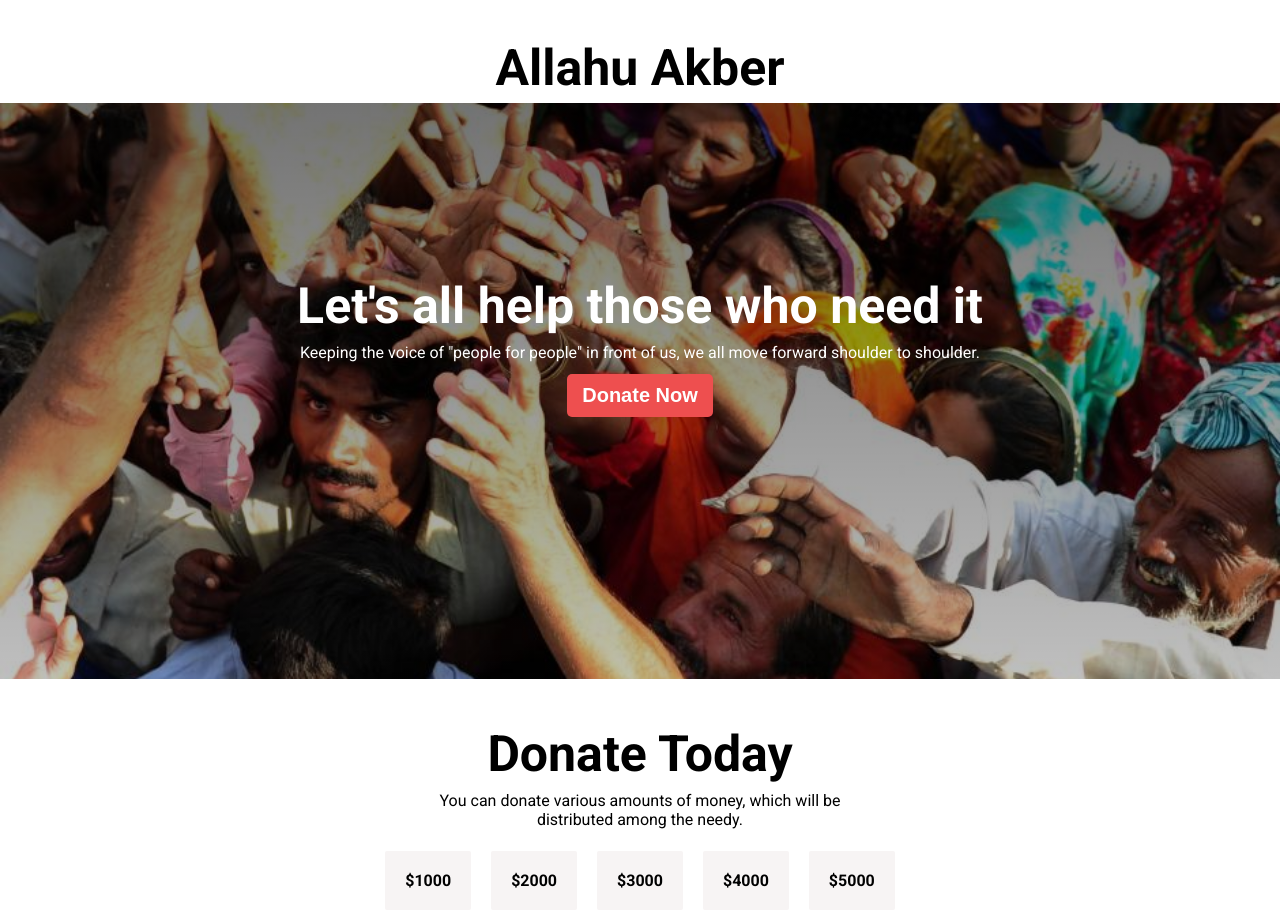
Repository: zjria/suppert-the-helpness
Page: index.html
The author's editor kept a copy of each file at every save. The page is drawn from the files as they stood at one save, then again after the next save.
The browser window is 1280 px wide. The pictures show the whole page.

Above is the page before, as saved 2022-08-26 09:01:00.

### index.html
<!DOCTYPE html>
<html lang="en">

<head>
    <meta charset="UTF-8">
    <meta http-equiv="X-UA-Compatible" content="IE=edge">
    <meta name="viewport" content="width=device-width, initial-scale=1.0">
    <title>Support the helpless</title>
    <!-- Google Fonts -->
    <link rel="preconnect" href="https://fonts.googleapis.com">
    <link rel="preconnect" href="https://fonts.gstatic.com" crossorigin>
    <link href="https://fonts.googleapis.com/css2?family=Roboto:wght@100;300;400;500;700;900&display=swap"
        rel="stylesheet">
    <!-- Custom CSS -->
    <link rel="stylesheet" href="style.css">
</head>

<body>
    <h1>Allahu Akber</h1>
    <!-- Header Section -->
    <section class="header_section">
        <div class="header-text">
            <h1>Let's all help those who need it</h1>
            <p>Keeping the voice of "people for people" in front of us, we all move forward shoulder to shoulder.</p>
            <button>Donate Now</button>
        </div>
    </section>
    <section class="donate-today">
        <h1>Donate Today</h1>
        <p>You can donate various amounts of money, which will be <br> distributed among the needy.</p>
        <div class="amounts">
            <div class="dollar">$1000</div>
            <div class="dollar">$2000</div>
            <div class="dollar">$3000</div>
            <div class="dollar">$4000</div>
            <div class="dollar">$5000</div>
        </div>
    </section>
</body>

</html>

### style.css
body {
    font-family: 'Roboto', sans-serif;
    margin: 0%;
    padding: 0%;
}

/* Header Section */
.header_section {
    background-image: linear-gradient(rgb(0, 0, 0, 0.55), rgb(0, 0, 0, 0.25)), url(images/header.jpg);
    background-position: center;
    background-size: cover;
    width: 100%;
    height: 80vh;
    color: white;
}

.header_section .header-text {
    text-align: center;
    margin: auto;
    justify-content: center;
    align-items: center;
    padding-top: 10%;
}

h1 {
    font-size: 50px;
    padding: 5px;
    margin-bottom: 1px;
    text-align: center;
}

p {
    font-size: 16px;
    padding: 2px;
    margin: 0px 0px 10px 0px;
    font: bolder;
    text-align: center;
}

.header-text button {
    font-size: 20px;
    padding: 10px 15px;
    background-color: #ee4f4f;
    color: white;
    border-radius: 5px;
    border: none;
    font-weight: 700;
}

/* donate-today */
.amounts {
    display: flex;
    margin: auto;
    align-items: center;
    text-align: center;
    justify-content: center;
}

.dollar {
    padding: 20px;
    background: rgb(247, 244, 244);
    margin: 10px;
    border-radius: 2px;
    font-weight: bold;
}

.dollar:hover {
    border: 1px solid #ff5959;
    background: #ffeeee;
    transition: none;
    transform: none;
    color: #ff5959;
    font-weight: bold;
}

After the next save:
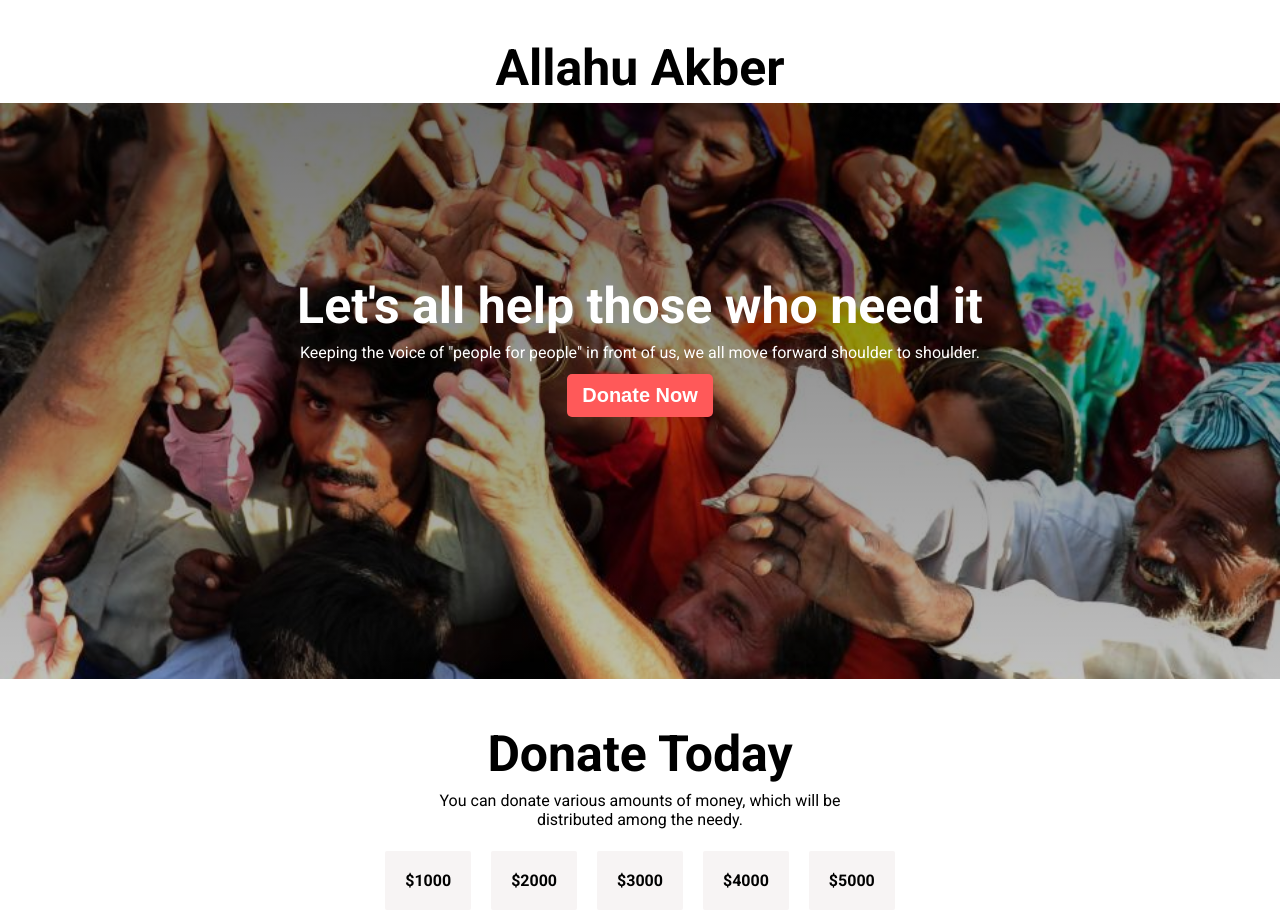
Saved 60 s later.
--- a/style.css
+++ b/style.css
@@ -40,7 +40,7 @@ p {
 .header-text button {
     font-size: 20px;
     padding: 10px 15px;
-    background-color: #ee4f4f;
+    background-color: #ff5959;
     color: white;
     border-radius: 5px;
     border: none;
